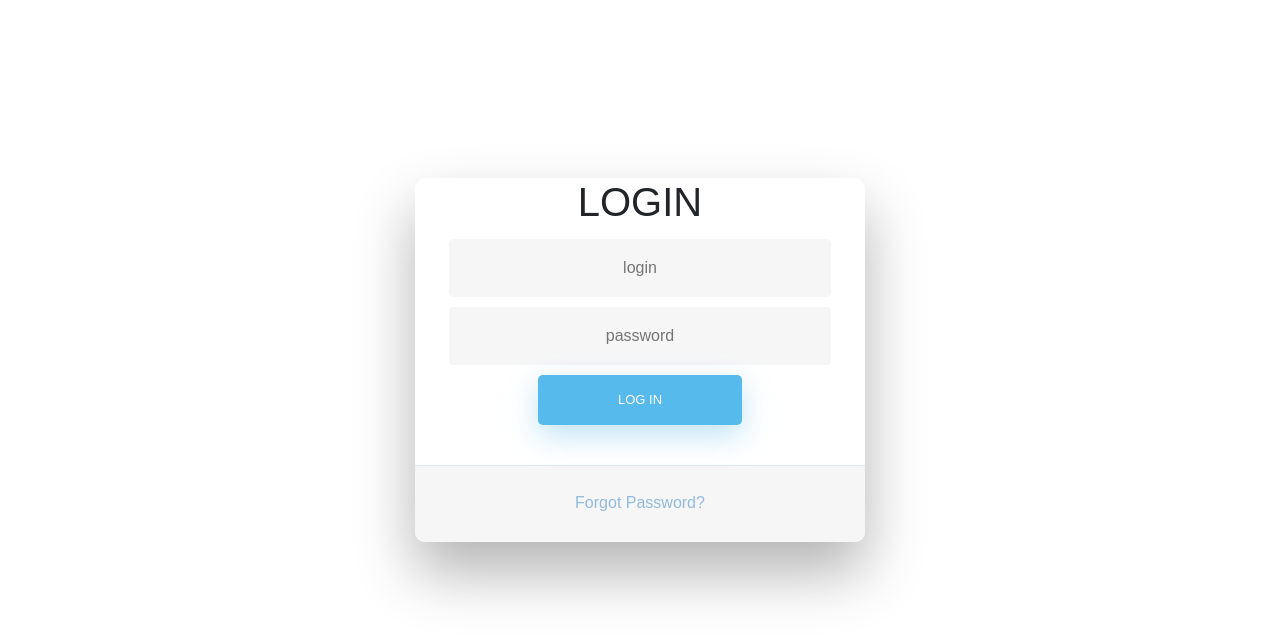
Repository: phamtailinh/webtintuc
Page: http://localhost/doicapdat/doi2doicapdat.jsp
These files come from the project's save history. The page is drawn as it stood at one moment and after the next save; the edit follows.
The browser window is 1280 px wide. The pictures show the whole page.
Some web libraries are served in a nearby version. The page is served by Tomcat 9. Other server files are loaded and not shown.

Above is the page before, as saved 2022-01-07 07:09:18.
Console error: TypeError: Cannot read properties of undefined (reading 'fn')

### doicapdat/src/main/webapp/doi2doicapdat.jsp
<%@ page language="java" contentType="text/html; charset=ISO-8859-1"
    pageEncoding="ISO-8859-1"%>
<!DOCTYPE html>
<html>
<head>
<meta charset="ISO-8859-1">
<title>Insert title here</title>
<link href="//maxcdn.bootstrapcdn.com/bootstrap/4.0.0/css/bootstrap.min.css" rel="stylesheet" id="bootstrap-css">
<script src="//maxcdn.bootstrapcdn.com/bootstrap/4.0.0/js/bootstrap.min.js"></script>
<script src="//cdnjs.cloudflare.com/ajax/libs/jquery/3.2.1/jquery.min.js"></script>
<style type="text/css">html {
  background-color: #56baed;
}

body {
  font-family: "Poppins", sans-serif;
  height: 100vh;
}

a {
  color: #92badd;
  display:inline-block;
  text-decoration: none;
  font-weight: 400;
}

h2 {
  text-align: center;
  font-size: 16px;
  font-weight: 600;
  text-transform: uppercase;
  display:inline-block;
  margin: 40px 8px 10px 8px;
  color: #cccccc;
}



/* STRUCTURE */

.wrapper {
  display: flex;
  align-items: center;
  flex-direction: column;
  justify-content: center;
  width: 100%;
  min-height: 100%;
  padding: 20px;
}

#formContent {
  -webkit-border-radius: 10px 10px 10px 10px;
  border-radius: 10px 10px 10px 10px;
  background: #fff;
  padding: 30px;
  width: 90%;
  max-width: 450px;
  position: relative;
  padding: 0px;
  -webkit-box-shadow: 0 30px 60px 0 rgba(0,0,0,0.3);
  box-shadow: 0 30px 60px 0 rgba(0,0,0,0.3);
  text-align: center;
}

#formFooter {
  background-color: #f6f6f6;
  border-top: 1px solid #dce8f1;
  padding: 25px;
  text-align: center;
  -webkit-border-radius: 0 0 10px 10px;
  border-radius: 0 0 10px 10px;
}



/* TABS */

h2.inactive {
  color: #cccccc;
}

h2.active {
  color: #0d0d0d;
  border-bottom: 2px solid #5fbae9;
}



/* FORM TYPOGRAPHY*/

input[type=button], input[type=submit], input[type=reset]  {
  background-color: #56baed;
  border: none;
  color: white;
  padding: 15px 80px;
  text-align: center;
  text-decoration: none;
  display: inline-block;
  text-transform: uppercase;
  font-size: 13px;
  -webkit-box-shadow: 0 10px 30px 0 rgba(95,186,233,0.4);
  box-shadow: 0 10px 30px 0 rgba(95,186,233,0.4);
  -webkit-border-radius: 5px 5px 5px 5px;
  border-radius: 5px 5px 5px 5px;
  margin: 5px 20px 40px 20px;
  -webkit-transition: all 0.3s ease-in-out;
  -moz-transition: all 0.3s ease-in-out;
  -ms-transition: all 0.3s ease-in-out;
  -o-transition: all 0.3s ease-in-out;
  transition: all 0.3s ease-in-out;
}

input[type=button]:hover, input[type=submit]:hover, input[type=reset]:hover  {
  background-color: #39ace7;
}

input[type=button]:active, input[type=submit]:active, input[type=reset]:active  {
  -moz-transform: scale(0.95);
  -webkit-transform: scale(0.95);
  -o-transform: scale(0.95);
  -ms-transform: scale(0.95);
  transform: scale(0.95);
}

input[type=text] {
  background-color: #f6f6f6;
  border: none;
  color: #0d0d0d;
  padding: 15px 32px;
  text-align: center;
  text-decoration: none;
  display: inline-block;
  font-size: 16px;
  margin: 5px;
  width: 85%;
  border: 2px solid #f6f6f6;
  -webkit-transition: all 0.5s ease-in-out;
  -moz-transition: all 0.5s ease-in-out;
  -ms-transition: all 0.5s ease-in-out;
  -o-transition: all 0.5s ease-in-out;
  transition: all 0.5s ease-in-out;
  -webkit-border-radius: 5px 5px 5px 5px;
  border-radius: 5px 5px 5px 5px;
}

input[type=text]:focus {
  background-color: #fff;
  border-bottom: 2px solid #5fbae9;
}

input[type=text]:placeholder {
  color: #cccccc;
}



/* ANIMATIONS */

/* Simple CSS3 Fade-in-down Animation */
.fadeInDown {
  -webkit-animation-name: fadeInDown;
  animation-name: fadeInDown;
  -webkit-animation-duration: 1s;
  animation-duration: 1s;
  -webkit-animation-fill-mode: both;
  animation-fill-mode: both;
}

@-webkit-keyframes fadeInDown {
  0% {
    opacity: 0;
    -webkit-transform: translate3d(0, -100%, 0);
    transform: translate3d(0, -100%, 0);
  }
  100% {
    opacity: 1;
    -webkit-transform: none;
    transform: none;
  }
}

@keyframes fadeInDown {
  0% {
    opacity: 0;
    -webkit-transform: translate3d(0, -100%, 0);
    transform: translate3d(0, -100%, 0);
  }
  100% {
    opacity: 1;
    -webkit-transform: none;
    transform: none;
  }
}

/* Simple CSS3 Fade-in Animation */
@-webkit-keyframes fadeIn { from { opacity:0; } to { opacity:1; } }
@-moz-keyframes fadeIn { from { opacity:0; } to { opacity:1; } }
@keyframes fadeIn { from { opacity:0; } to { opacity:1; } }

.fadeIn {
  opacity:0;
  -webkit-animation:fadeIn ease-in 1;
  -moz-animation:fadeIn ease-in 1;
  animation:fadeIn ease-in 1;

  -webkit-animation-fill-mode:forwards;
  -moz-animation-fill-mode:forwards;
  animation-fill-mode:forwards;

  -webkit-animation-duration:1s;
  -moz-animation-duration:1s;
  animation-duration:1s;
}

.fadeIn.first {
  -webkit-animation-delay: 0.4s;
  -moz-animation-delay: 0.4s;
  animation-delay: 0.4s;
}

.fadeIn.second {
  -webkit-animation-delay: 0.6s;
  -moz-animation-delay: 0.6s;
  animation-delay: 0.6s;
}

.fadeIn.third {
  -webkit-animation-delay: 0.8s;
  -moz-animation-delay: 0.8s;
  animation-delay: 0.8s;
}

.fadeIn.fourth {
  -webkit-animation-delay: 1s;
  -moz-animation-delay: 1s;
  animation-delay: 1s;
}

/* Simple CSS3 Fade-in Animation */
.underlineHover:after {
  display: block;
  left: 0;
  bottom: -10px;
  width: 0;
  height: 2px;
  background-color: #56baed;
  content: "";
  transition: width 0.2s;
}

.underlineHover:hover {
  color: #0d0d0d;
}

.underlineHover:hover:after{
  width: 100%;
}



/* OTHERS */

*:focus {
    outline: none;
}

#h1 {
padding-top:30px;
color:#00CED1;
  width:60%;
padding-bottom: 30px;
}</style>
</head>
<body>
  <div class="wrapper fadeInDown">
  <div id="formContent">
    <!-- Tabs Titles -->

    <!-- Icon -->
    <div class="fadeIn first">
      <h1>LOGIN</h1>
    </div>

    <!-- Login Form -->
    <form>
      <input type="text" id="login" class="fadeIn second" name="login" placeholder="login">
      <input type="text" id="password" class="fadeIn third" name="login" placeholder="password">
      <input type="submit" class="fadeIn fourth" value="Log In">
    </form>

    <!-- Remind Passowrd -->
    <div id="formFooter">
      <a class="underlineHover" href="#">Forgot Password?</a>
    </div>

  </div>
</div>
    </body>

</html>

After the next save:
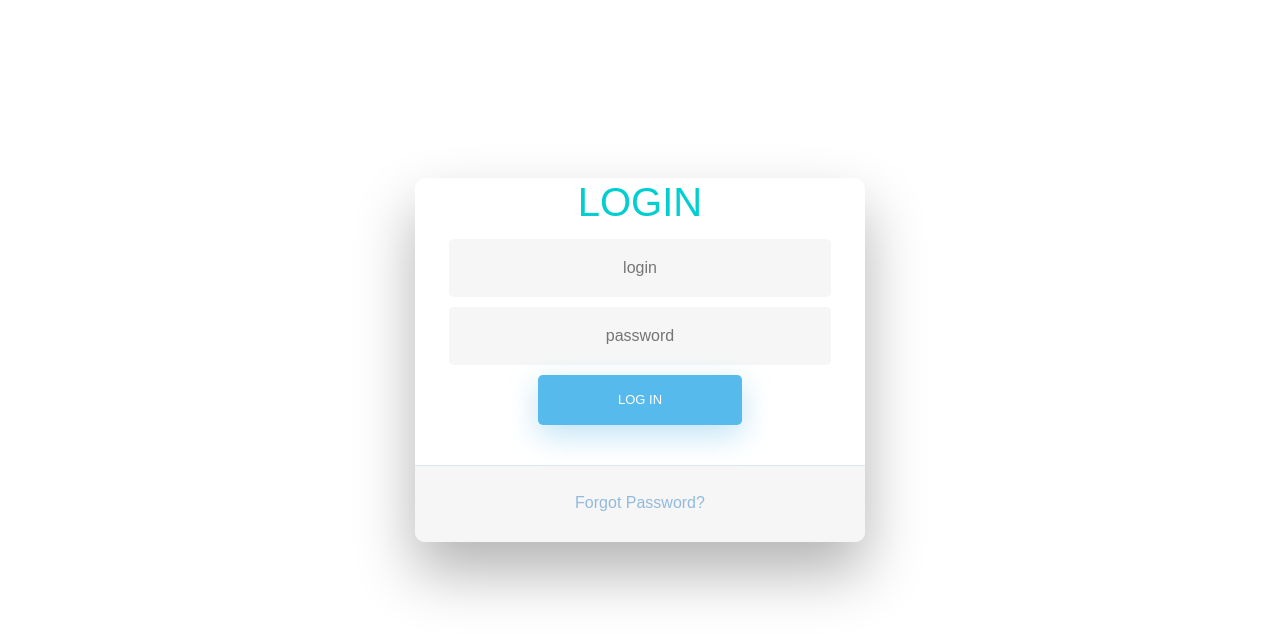
Saved 77 s later.
--- a/doicapdat/src/main/webapp/doi2doicapdat.jsp
+++ b/doicapdat/src/main/webapp/doi2doicapdat.jsp
@@ -216,6 +216,7 @@ input[type=text]:placeholder {
   -webkit-animation-delay: 0.4s;
   -moz-animation-delay: 0.4s;
   animation-delay: 0.4s;
+  color:#00CED1;
 }
 
 .fadeIn.second {
